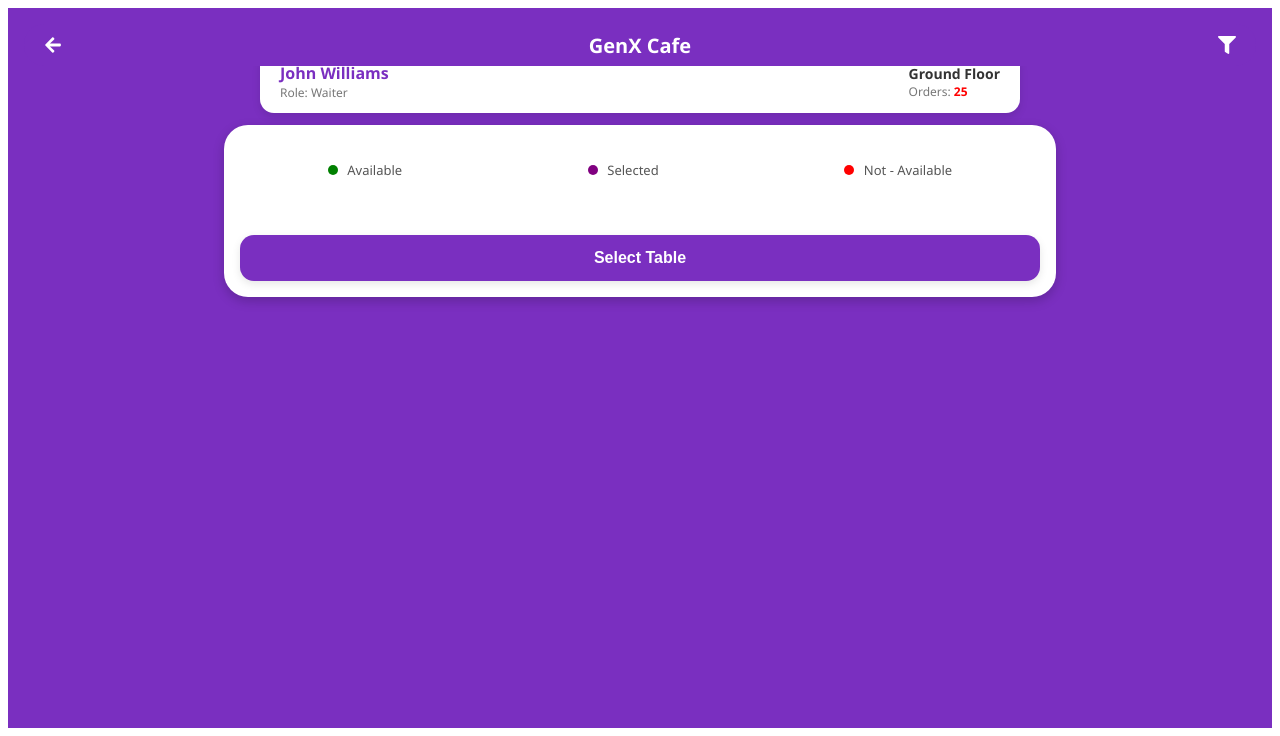
Repository: rajeshwaranslv/sturdy-spork-genx-frontend
Page: /
An editor plug-in stored every save of this project. The page is shown before and after the next save, followed by the edit.
The browser window is 1280 px wide. The pictures show the whole page.
The page's requests for data from a server got no answer. The project was rebuilt for these pictures with package versions that can differ from the ones it lists, and the page was loaded fresh each time. No one was signed in, and anything a server would have sent is missing. Also part of the build but not shown: src/components/menu.css, src/components/MenuSelection.js, src/components/order.css, src/components/OrderReview.js, src/components/billing.css, src/components/Billing.js, src/components/Success.js.

Above is the page before, as saved 2025-07-15 11:24:32.

### src/App.js
import React from 'react';
import { BrowserRouter as Router, Route, Switch } from 'react-router-dom';
import TableSelection from './components/TableSelection';
import MenuSelection from './components/MenuSelection';
import OrderReview from './components/OrderReview';
import Billing from './components/Billing';
import Success from './components/Success';

export default function App() {
  return (
    <Router>
      <Switch>
        <Route exact path="/" component={TableSelection} />
        <Route path="/menu/:tableId" component={MenuSelection} />
   <Route path="/orders/:orderId" component={OrderReview} />

        <Route path="/billing/:orderId" component={Billing} />
        <Route path="/success" component={Success} />
      </Switch>
    </Router>
  );
}

### src/components/TableSelection.js
// src/pages/TableSelection.js
import React, { useEffect, useState } from 'react';
import { getTables } from '../services/api';
import { withRouter } from 'react-router-dom';
import { FaArrowLeft, FaFilter } from 'react-icons/fa';
import './style.css';

function TableSelection({ history }) {
  const [tables, setTables] = useState([]);
  const [selectedTableId, setSelectedTableId] = useState(null);

  const waiter = {
    name: 'John Williams',
    role: 'Waiter',
    floor: 'Ground Floor',
    orders: 25,
  };

  useEffect(() => {
    getTables()
      .then((res) => setTables(res.data))
      .catch((err) => console.error('Failed to fetch tables', err));
  }, []);

  const handleTableClick = (id, status) => {
    if (status === 'available') {
      setSelectedTableId(id === selectedTableId ? null : id); // toggle
    }
  };

  const handleSelectTable = () => {
    if (selectedTableId) {
      history.push(`/menu/${selectedTableId}`);
    }
  };

  return (
    <div className="container-fluid">
      <div className="header-bar">
        <FaArrowLeft className="icon" onClick={() => history.goBack()} />
        <h2>GenX Cafe</h2>
        <FaFilter className="icon" />
      </div>

      <div className="waiter-card">
        <div className="waiter-left">
          <strong className="waiter-name">{waiter.name}</strong>
          <div className="waiter-role">Role: {waiter.role}</div>
        </div>
        <div className="waiter-right">
          <div className="floor-label">{waiter.floor}</div>
          <div className="orders-count">
            Orders: <span className="order-red">{waiter.orders}</span>
          </div>
        </div>
      </div>

      <div className="table-section">
        <div className="legend-row">
          <div className="legend-item"><span className="legend-dot green" /> Available</div>
          <div className="legend-item"><span className="legend-dot purple" /> Selected</div>
          <div className="legend-item"><span className="legend-dot red" /> Not - Available</div>
        </div>

        <div className="table-grid">
          {tables.map((table) => {
            const isSelected = selectedTableId === table.id;
            const statusClass = isSelected
              ? 'selected'
              : table.status === 'available'
              ? 'available'
              : 'occupied';

            return (
              <button
                key={table.id}
                className={`table-btn ${statusClass}`}
                onClick={() => handleTableClick(table.id, table.status)}
                disabled={table.status === 'occupied'}
              >
                Table {table.id.toString().padStart(2, '0')}
              </button>
            );
          })}
        </div>

        <button
          className="select-btn"
          onClick={handleSelectTable}
          disabled={!selectedTableId}
        >
          Select Table
        </button>
      </div>
    </div>
  );
}

export default withRouter(TableSelection);

### src/services/api.js
import axios from 'axios';

const API = axios.create({
  baseURL: 'http://localhost:3001/',
});

export const getTables = () => API.get('/tables');
export const getTableDetails = (id) => API.get(`/tables/${id}`);
export const getFoodItems = () => API.get('/foodItems');

export const placeOrder = (data) => API.post('/orders', data);
export const updateOrderItemStatus = (id, payload) => API.patch(`/orders/${id}`, payload);
export const getOrder = (id) => API.get(`/orders/${id}`);
export const generateBill = (data) => API.post('/bills', data);

// ✅ NEW: Update table status
export const updateTableStatus = (id, payload) => API.patch(`/tables/${id}`, payload);

### src/components/style.css
.container-fluid {
  background: #7a2fc0;
  min-height: 100vh;
  padding: 16px;
  box-sizing: border-box;
  font-family: 'Segoe UI', sans-serif;
}

/* Header Bar */
.header-bar {
  display: flex;
  justify-content: space-between;
  align-items: center;
  background: #7a2fc0;
  padding: 12px 20px;
  border-radius: 20px;
  color: white;
  margin-bottom: 12px;
  position: relative;
}

.header-bar h2 {
  margin: 0;
  font-size: 20px;
  position: absolute;
  left: 50%;
  transform: translateX(-50%);
}

.icon {
  color: white;
  font-size: 18px;
  cursor: pointer;
}

/* Waiter Info Card */
.waiter-card {
  background: white;
  box-shadow: 0 4px 8px rgba(0,0,0,0.1);
  border-radius: 14px;
  padding: 12px 20px;
  display: flex;
  justify-content: space-between;
  align-items: center;
  max-width: 720px;
  width: 100%;
  margin: -28px auto 12px auto;
  flex-wrap: wrap;
  gap: 12px;
}

.waiter-name {
  color: #7a2fc0;
  font-size: 16px;
  font-weight: 600;
}

.waiter-role {
  font-size: 12px;
  color: #777;
}

.floor-label {
  font-size: 14px;
  font-weight: bold;
  color: #333;
}

.orders-count {
  font-size: 12px;
  color: #777;
}

.order-red {
  color: red;
  font-weight: bold;
}

/* Legend */
.legend-row {
  display: flex;
  justify-content: space-around;
  margin: 20px 0 12px;
  font-size: 13px;
  color: #555;
  flex-wrap: wrap;
  gap: 10px;
}

.legend-dot {
  width: 10px;
  height: 10px;
  border-radius: 50%;
  display: inline-block;
  margin-right: 6px;
}

.legend-dot.green {
  background-color: green;
}

.legend-dot.purple {
  background-color: purple;
}

.legend-dot.red {
  background-color: red;
}

/* Table Section */
.table-section {
  background: #fff;
  padding: 16px;
  border-radius: 24px;
  box-shadow: 0 4px 12px rgba(0, 0, 0, 0.2);
  max-width: 800px;
  margin: auto;
}

/* Table Grid */
.table-grid {
  display: grid;
  grid-template-columns: repeat(auto-fill, minmax(140px, 1fr));
  gap: 14px;
  padding: 10px 0;
}

/* Table Buttons */
.table-btn {
  padding: 16px 0;
  border-radius: 14px;
  font-size: 16px;
  font-weight: bold;
  cursor: pointer;
  border: 2px solid transparent;
  transition: all 0.2s ease-in-out;
  width: 100%;
  text-align: center;
}

.table-btn.available {
  color: green;
  border-color: green;
  background-color: white;
}

.table-btn.available:hover {
  background-color: #f0fff0;
}

.table-btn.selected {
  background-color: #7a2fc0;
  color: white;
  border-color: #7a2fc0;
}

.table-btn.occupied {
  background-color: red;
  color: white;
  cursor: not-allowed;
}

/* Select Button */
.select-btn {
  width: 100%;
  padding: 14px;
  margin-top: 24px;
  border-radius: 14px;
  border: none;
  background-color: #7a2fc0;
  color: white;
  font-size: 16px;
  font-weight: bold;
  cursor: pointer;
  box-shadow: 0 3px 8px rgba(0,0,0,0.1);
}

.select-btn:hover {
  background-color: #6926b2;
}

/* Responsive Tweaks */
@media (max-width: 768px) {
  .header-bar {
    flex-direction: row;
    padding: 10px 16px;
  }

  .header-bar h2 {
    font-size: 18px;
  }

  .waiter-card {
    flex-direction: column;
    align-items: flex-start;
    padding: 14px;
    gap: 8px;
  }

  .legend-row {
    flex-direction: column;
    align-items: flex-start;
    font-size: 12px;
  }

  .footer-btn {
    font-size: 14px;
    padding: 12px;
  }

  .table-grid {
    grid-template-columns: 1fr;
  }
}

@media (min-width: 769px) and (max-width: 1024px) {
  .table-grid {
    grid-template-columns: repeat(3, 1fr);
  }
}

Loaded but not shown: public/index.html (common file); src/index.js (common file)

After the next save:
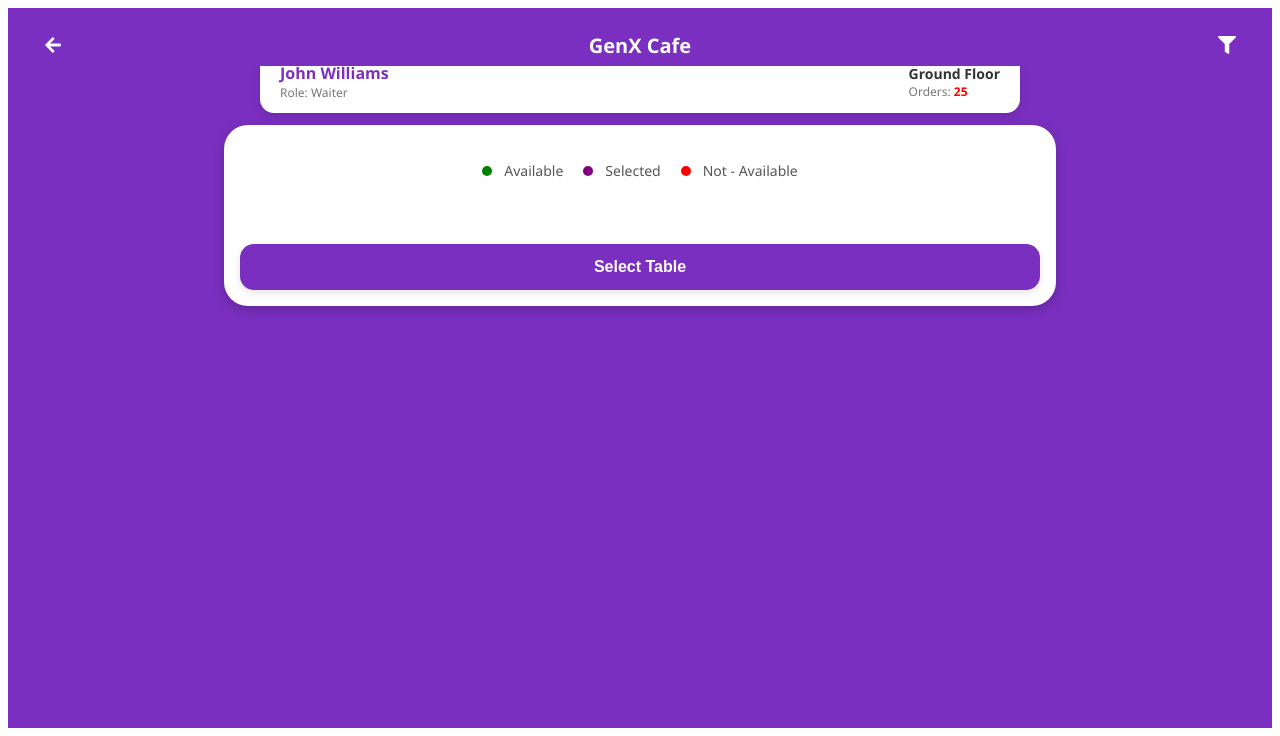
Saved 9 s later.
--- a/src/components/style.css
+++ b/src/components/style.css
@@ -218,3 +218,19 @@
     grid-template-columns: repeat(3, 1fr);
   }
 }
+.legend-row {
+  display: flex;
+  justify-content: center;
+  align-items: center;
+  gap: 20px;
+  flex-wrap: nowrap; /* prevents wrapping */
+  font-size: 14px;
+  margin-bottom: 20px;
+  white-space: nowrap;
+}
+
+.legend-item {
+  display: flex;
+  align-items: center;
+  gap: 6px;
+}
